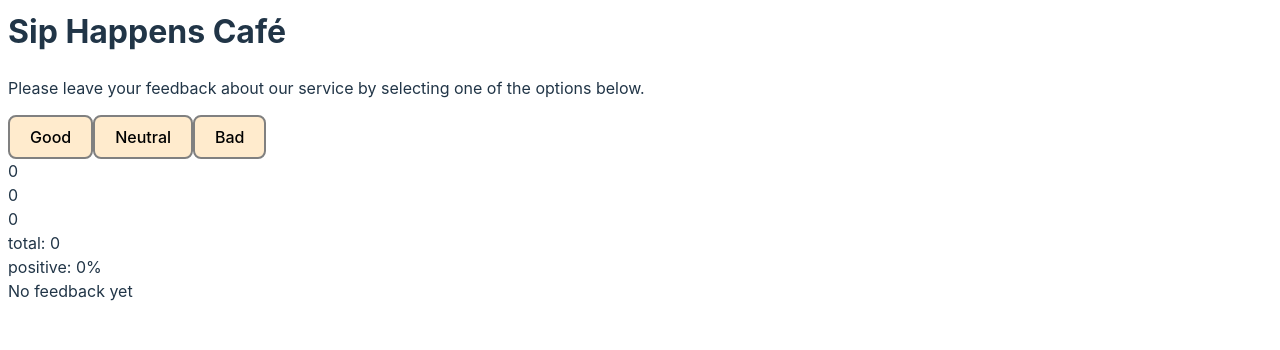
Repository: Evgeniya-Tishakova/goit-react-hw-02
Page: /
The author's editor kept a copy of each file at every save. The page is drawn from the files as they stood at one save, then again after the next save.
The browser window is 1280 px wide. The pictures show the whole page.
The project was rebuilt for these pictures with package versions that can differ from the ones it lists, and the page was loaded fresh each time. Also part of the build but not shown: vite.config.js, src/components/Feedback/Feedback.module.css.

Above is the page before, as saved 2025-02-28 16:24:45.

After the next save:
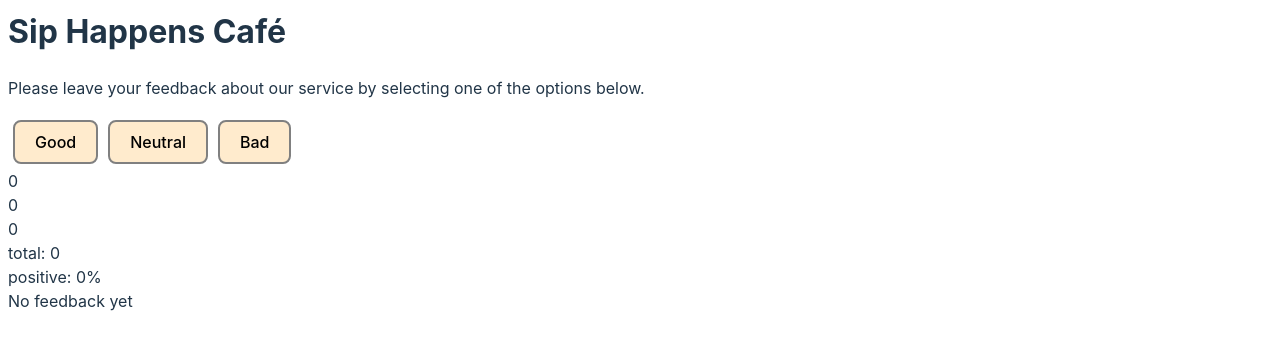
Saved 30 s later.
--- a/src/components/Options/Options.module.css
+++ b/src/components/Options/Options.module.css
@@ -2,4 +2,5 @@
     border: 2px solid grey;
     padding: 10px 20px;
     background-color: blanchedalmond;
+    margin: 5px;
 }
